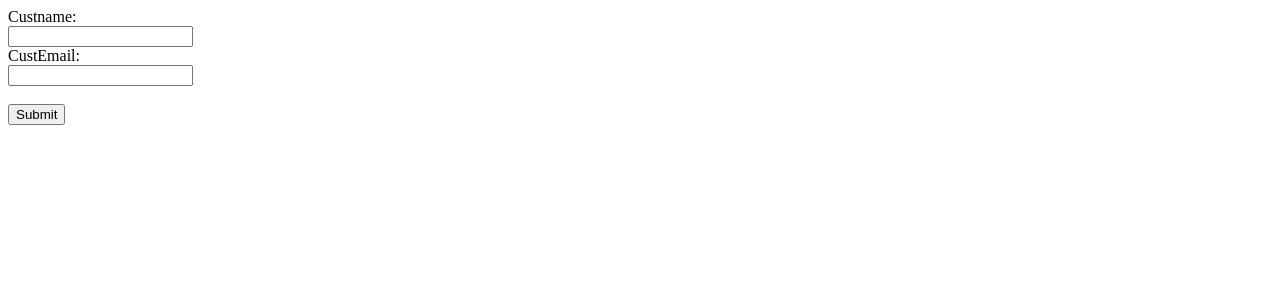
Repository: IshaMhashete/workspace2
Page: Hiber_Web/src/main/webapp/Hi.html
An editor plug-in stored every save of this project. The page is shown before and after the next save, followed by the edit.
The browser window is 1280 px wide. The pictures show the whole page.

Above is the page before, as saved 2019-12-07 07:31:09.

After the next save:
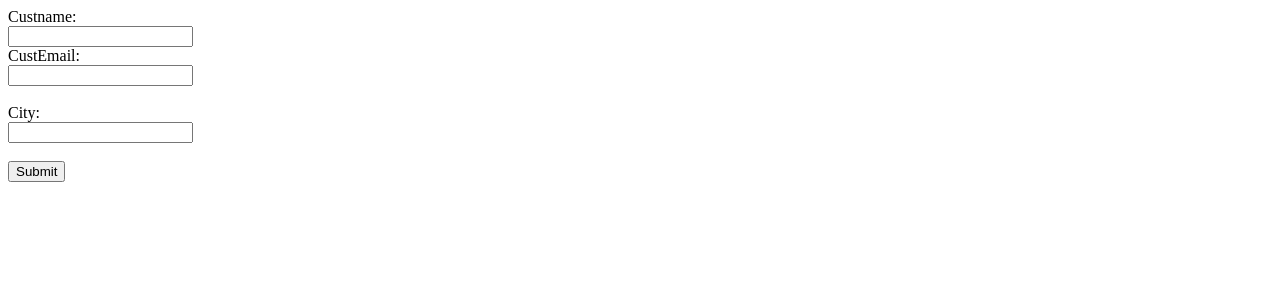
Saved 23 s later.
--- a/Hiber_Web/src/main/webapp/Hi.html
+++ b/Hiber_Web/src/main/webapp/Hi.html
@@ -12,6 +12,9 @@
   CustEmail:<br>
   <input type="text" name="email">
   <br><br>
+   City:<br>
+  <input type="text" name="city">
+  <br><br>
   <input type="submit" value="Submit">
 </form>
 
